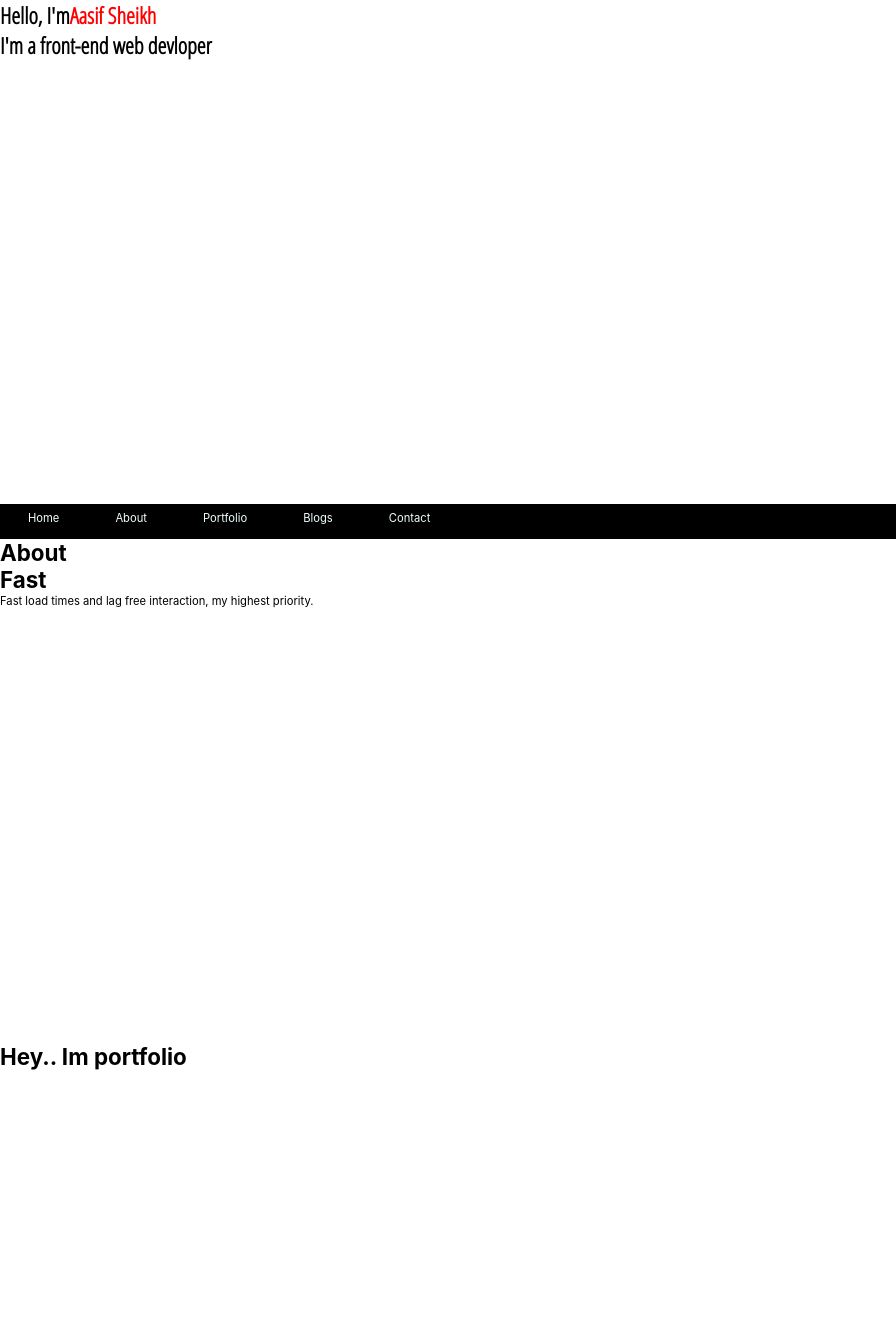
Repository: Aaasifsheikh/aasifsheikh-portfolio
Page: /
The author's editor kept a copy of each file at every save. The page is drawn from the files as they stood at one save, then again after a run of saves.
The browser window is 1280 px wide. The pictures show the part of the page from y = 0 to 1920 px (the page is 3650 px tall), at 70% of full size.
The project was rebuilt for these pictures with package versions that can differ from the ones it lists, and the page was loaded fresh each time.

Above is the page before, as saved 2020-12-05 15:10:42.

After the next 2 saves:
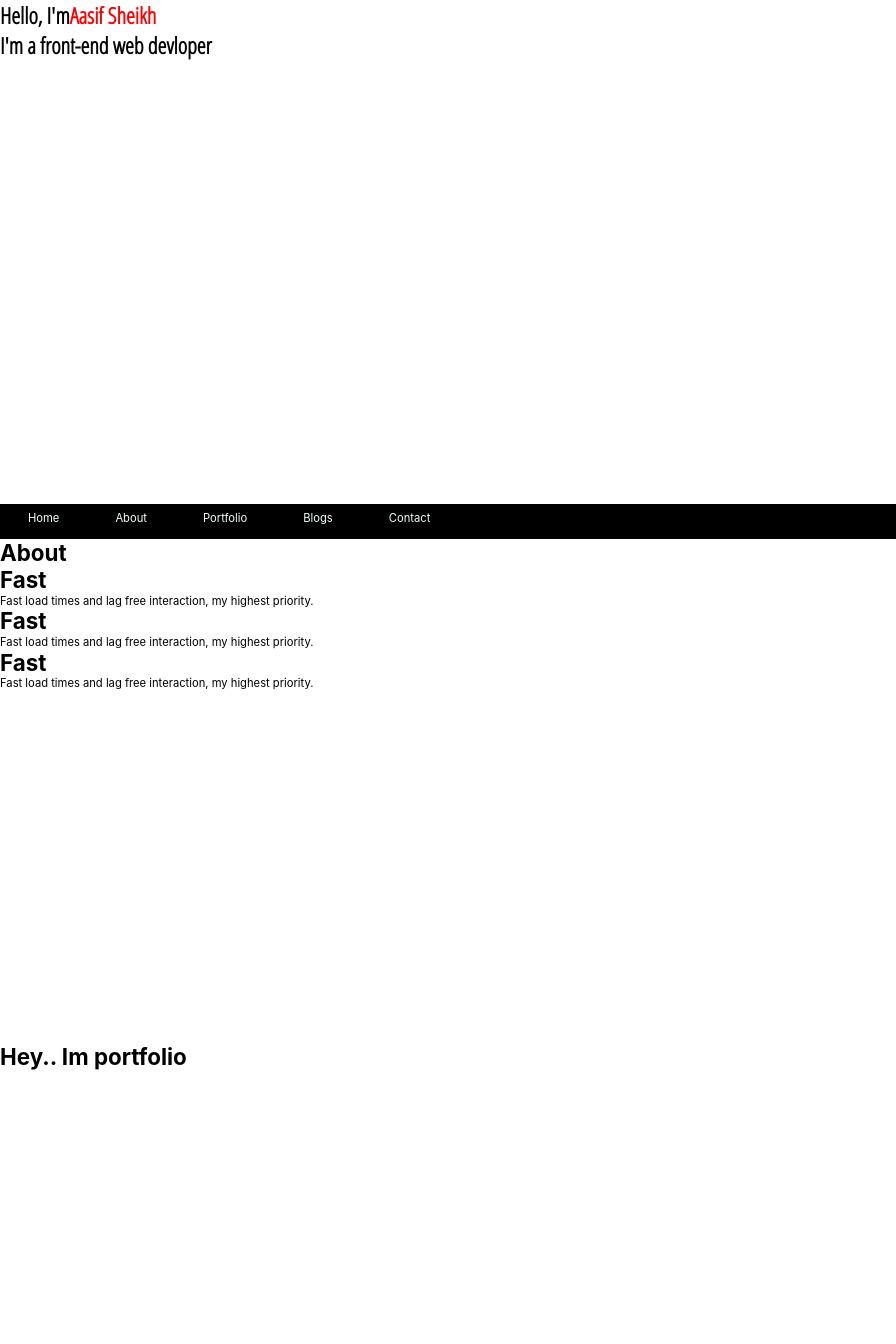
The 2 saves are shown as one change because they came seconds apart.
The last was saved 32 s later.
--- a/src/About.jsx
+++ b/src/About.jsx
@@ -13,8 +13,12 @@ function About() {
           Fast
         </h1> <p>Fast load times and lag free interaction, my highest priority.</p>
         </div>
-        <div className="responsive"></div>
-        <div className="intuitive"></div>
+        <div className="responsive"><h1>
+          Fast
+        </h1> <p>Fast load times and lag free interaction, my highest priority.</p></div>
+        <div className="intuitive"><h1>
+          Fast
+        </h1> <p>Fast load times and lag free interaction, my highest priority.</p></div>
         <div className="dynamic"></div>
       </div>
     </div>
